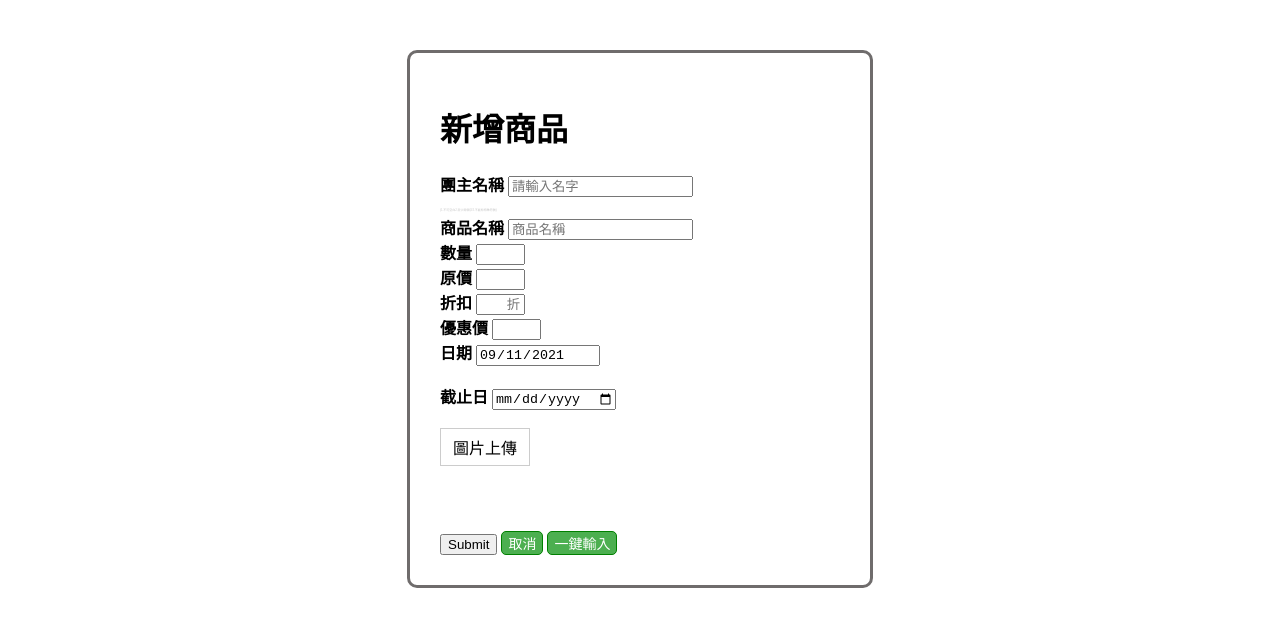
Repository: irlmpbfhvf2009/2021-09-17-Pro2-MVC
Page: http://localhost/Groupon/Manage-add.jsp
An editor plug-in stored every save of this project. The page is shown before and after the next save, followed by the edit.
The browser window is 1280 px wide. The pictures show the whole page.
The page is served by Tomcat 9. Other server files are loaded and not shown.

Above is the page before, as saved 2021-09-13 12:10:36.

### Groupon/src/main/webapp/Manage-add.jsp
<%@ page language="java" contentType="text/html; charset=UTF-8"
	pageEncoding="UTF-8"%>
<!DOCTYPE html>
<html>
<head>
<meta charset="UTF-8">
<title>新增團購</title>
<link rel="stylesheet" href="style.css">
<style>
input[type="file"] {
	position: fixed;
	right: 100%;
	bottom: 100%;
}

.custom-file-upload {
	border: 1px solid #ccc;
	display: inline-block;
	padding: 6px 12px;
	cursor: pointer;
}
img{float=none;}
</style>
</head>

<body>
	<div class="divform">
		<h1>新增商品</h1>
		<form action="./ProServlet" method="post">

			<!-- 團主名稱 -->
			<strong>團主名稱 </strong>
			<input type="text" class="leader" name="leader" required="required" placeholder="請輸入名字">
			<span class="spleader"></span><br><span class="spanText">(1.不可空白2.至少兩個字3.不能有特殊符號)</span><br>

			<!-- 商品名稱 -->
			<strong>商品名稱 </strong><input type="text" name="productName" required="required" class="productname" placeholder="商品名稱">
			<span class="spproductname"></span><br>

			<!-- 數量 -->
			<strong>數量 </strong><input type="text" name="quantity" required="required" class="quantity" maxlength="3" size="3"><br>

			<!-- 原價 -->
			<strong>原價 </strong><input type="text" class="price" required="required" name="price" maxlength="6" size="3"><br>

			<!-- 折扣 -->
			<strong>折扣 </strong><input type="text" class="discount" required="required" name="discount" maxlength="2" size="3" placeholder="　　折">
			<span class="spdiscount"></span><br>

			<!-- 優惠價 -->
			<strong>優惠價 </strong><input type="text" class="newprice" name="newprice" size="3" readonly><br>

			<!-- 日期 -->
			<strong>日期 </strong><input type="date" name="date" size="4" id="dt" readonly><br><br>

			<!-- 截止日 -->
			<strong>截止日 </strong><input type="date" required="required" name="deadline" size="4" id="dat" ><br><br>

			<!-- 圖片 -->
			<label for="file-upload" class="custom-file-upload"><i class="fa fa-cloud-upload"></i> 圖片上傳</label>
			<input id="file-upload" type="file" name="img" /><br><br>

			<input type="submit" id="sbtn" name="gSubmit" style="margin-top: 50px;" class="ssgbtn">
			<a href="Home.jsp"><input type="button" name="cancel" class="sgbtn" value="取消"></a>
			<input type="button" class="sgbtn" value="一鍵輸入">
		</form>
	</div>
	<script src="https://code.jquery.com/jquery-3.6.0.js"></script>
	<script>
    	document.getElementById("dt").valueAsDate = new Date();

	$(function(){
		// 優惠價計算
		$('.price,.discount').on('change blur focus load',function(){
		if($('.discount').val()<10){
			$('.newprice').val(parseInt($('.price').val()*$('.discount').val()/10));
			$('.spdiscount').html('');
		}else if($('.discount').val()>10&&$('.discount').val()<100){
			$('.newprice').val(parseInt($('.price').val()*$('.discount').val()/100));
			$('.spdiscount').html('');
		}else{
			$('.spdiscount').html("<img style='width:15px' src='https://cdn-icons-png.flaticon.com/128/753/753345.png'>格式錯誤");
		}
		});
		// 團主姓名驗證
			$('.leader').on('blur',function(){
		let leaderval = $('.leader').val();
		let leaderlen = leaderval.length;
		if(leaderlen==0){
			$('.spleader').html("<img style='width:15px' src='https://cdn-icons-png.flaticon.com/128/753/753345.png'>不可空白")
		}else if(leaderlen<2){
			$('.spleader').html("<img style='width:15px' src='https://cdn-icons-png.flaticon.com/128/753/753345.png'>長度不足")
		}else if(leaderlen>1){
			for(let i=0;i<leaderlen;i++){
				let ch = leaderval.charCodeAt(i);
 				if (ch >= 0x4e00 && ch <= 0x9fff) {flag = true;}
 				else {flag = false; break;}
			}
			if (flag){$('.spleader').html("<img style='width:15px' src='https://cdn-icons-png.flaticon.com/128/1828/1828640.png'>")}
			else {$('.spleader').html("<img style='width:15px' src='https://cdn-icons-png.flaticon.com/128/753/753345.png'>格式錯誤")}
		}
	});
		// 產品名稱不能為空
		$('.productname').on('blur',function(){
				let productname = $('.productname').val();
				if(productname.length==0){
			$('.spproductname').html("<img style='width:15px' src='https://cdn-icons-png.flaticon.com/128/753/753345.png'>不可空白")
				}else{
			$('.spproductname').html("<img style='width:15px' src='https://cdn-icons-png.flaticon.com/128/1828/1828640.png'>")
				}
	});


        $('.ssgbtn').on('click',function(){
            let firstname=["李","西門","沈","張","上官","司徒","歐陽","軒轅","趙", "錢", "孫", "周", "吳", "鄭", "王", "馮", "陳","元", "卜", "顧", "孟", "平", "黃", "和", "穆", "蕭", "尹"];
            let name=["彪","巨昆","銳","翠花","小小","撒撒","熊大","寶強","子璇", "淼", "國棟", "夫子", "瑞堂", "甜", "敏", "尚", "國賢", "賀祥", "晨濤","建林", "亦菲", "林", "冰潔", "佳欣", "涵涵", "禹辰", "淳美", "澤惠", "偉洋"];
            let a = firstname[Math.floor(Math.random() * (firstname.length))];
            let b = name[Math.floor(Math.random() * (name.length))];
            $('.leader').val(a+b);
            //商品名
            $('.quantity').val(Math.floor(Math.random()*100)+10);
            $('.price').val(Math.floor(Math.random()*1000)+100);
            $('.discount').val(Math.floor(Math.random()*9)+1);
            if($('.discount').val()<10){
    			$('.newprice').val(parseInt($('.price').val()*$('.discount').val()/10));
    			$('.spdiscount').html('');
    		}else if($('.discount').val()>10&&$('.discount').val()<100){
    			$('.newprice').val(parseInt($('.price').val()*$('.discount').val()/100));
    			$('.spdiscount').html('');
    		}else{
    			$('.spdiscount').html("<img style='width:15px' src='https://cdn-icons-png.flaticon.com/128/753/753345.png'>格式錯誤");
    		}
			let productname=["【GROUPON】鐵板燒香魚/碳烤魷魚條 2包/5包",
				"【蛋塔工場】蛋塔12入:頂級用料 冰或熱都好吃",
				"NIKE AF1/1 男休閒鞋 CV1758100/DD2429001 兩色可選",
				"刮鬍刀 德國設計 4D防水三刀頭電刮鬍刀 全機可水洗 4D浮動三刀頭",
				"馬卡龍攪拌杯🥛神奇可可 控卡 婕樂纖 抖音爆紅",
				"N+Y💕 銀針韓國東大門耳環 垂墜流蘇珠珠款❤️",
				"手作💕撞色質感帆布托特包",
				"日本天然有機NOCOR產前後明星保養組:前導油+修修身體霜+產後按摩油",
				"《K.T.T.》 HL 類國軍公發MICH盔（低耳）抗彈頭盔 抗彈國際NIJ106.3A認證",]
			$('.productname').val(productname[Math.floor(Math.random() * (productname.length))]);
        })
	})
	</script>
</body>
</html>

### Groupon/src/main/webapp/style.css
@charset "UTF-8";
.sgbtn {
	background-color: #4CAF50;
	border: 1px solid green;
	border-radius: 5px;
	color: white;
	text-align: center;
	display: inline-block;
	font-size: 14px;
	cursor: pointer;
	}
nav{
	background-color:lightgray;
	height:50px;
	margin:0 auto;
	padding:0 auto;
	}
nav a {color: black;
	text-decoration: none;
	display: inline-block;
	padding: 6px 20px;
	font-size: 26px;
	background-color: lightgray;
	transition: 0.5s;
	}
nav a:hover {
	background-color: gray;
	}
.divform {
	margin:0 auto;margin-top: 50px;
	padding:30px;
	border: 3px solid rgb(111, 108, 108);
    border-radius: 10px;
    border-collapse: collapse;
	width: 400px;
	}
.divlist {
	margin-left:100px;
	margin-top: 10px;
	padding: 50px;
	width: 600px;
	height: 100px;
	font-size:20px;
}

.newpriceShow{
	font-size:22px;color:red;
	}
.priceShow{
	color:red;
	font-size:20px;
	text-decoration:line-through;
	}
.bor{
	width:600px
	}
.spanText {
	font-size: 3px;
	color: silver;
}

table {
	margin: auto;
	margin-top: 50px;
}

th, td {
	border: 1px solid;
	background-color: rgb(191, 216, 206);
	text-align: center;
}

After the next save:
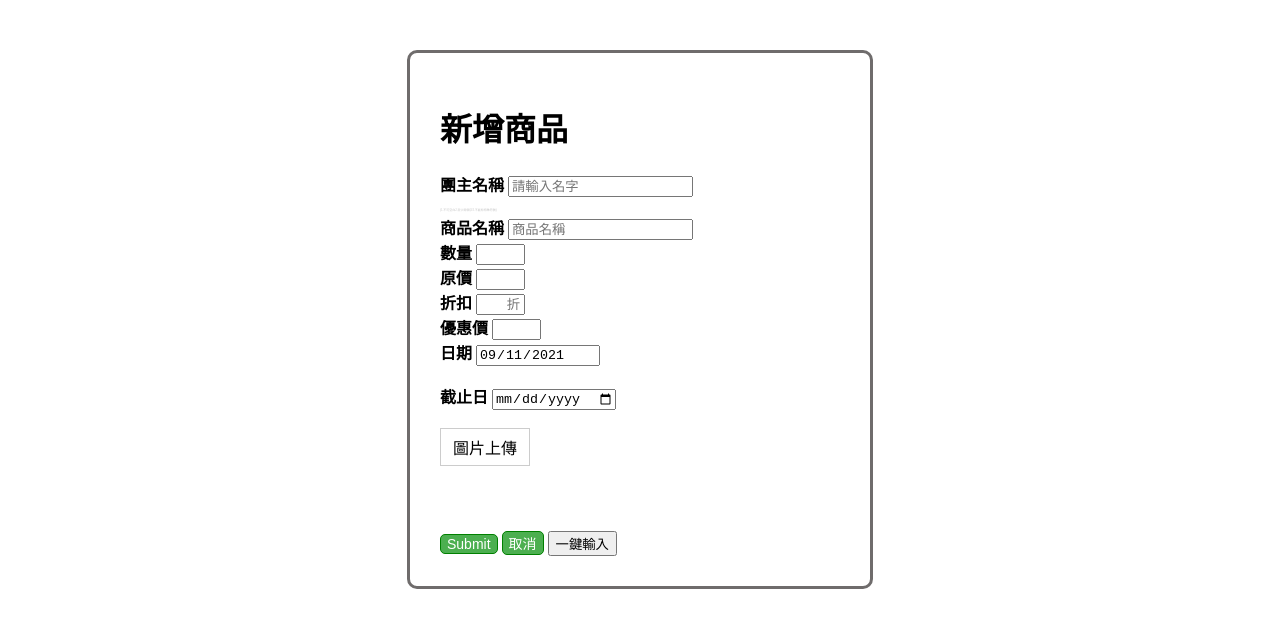
Saved 23 s later.
--- a/Groupon/src/main/webapp/Manage-add.jsp
+++ b/Groupon/src/main/webapp/Manage-add.jsp
@@ -60,9 +60,9 @@ img{float=none;}
 			<label for="file-upload" class="custom-file-upload"><i class="fa fa-cloud-upload"></i> 圖片上傳</label>
 			<input id="file-upload" type="file" name="img" /><br><br>
 
-			<input type="submit" id="sbtn" name="gSubmit" style="margin-top: 50px;" class="ssgbtn">
+			<input type="submit" id="sbtn" name="gSubmit" style="margin-top: 50px;" class="sgbtn">
 			<a href="Home.jsp"><input type="button" name="cancel" class="sgbtn" value="取消"></a>
-			<input type="button" class="sgbtn" value="一鍵輸入">
+			<input type="button" class="ssgbtn" value="一鍵輸入">
 		</form>
 	</div>
 	<script src="https://code.jquery.com/jquery-3.6.0.js"></script>
